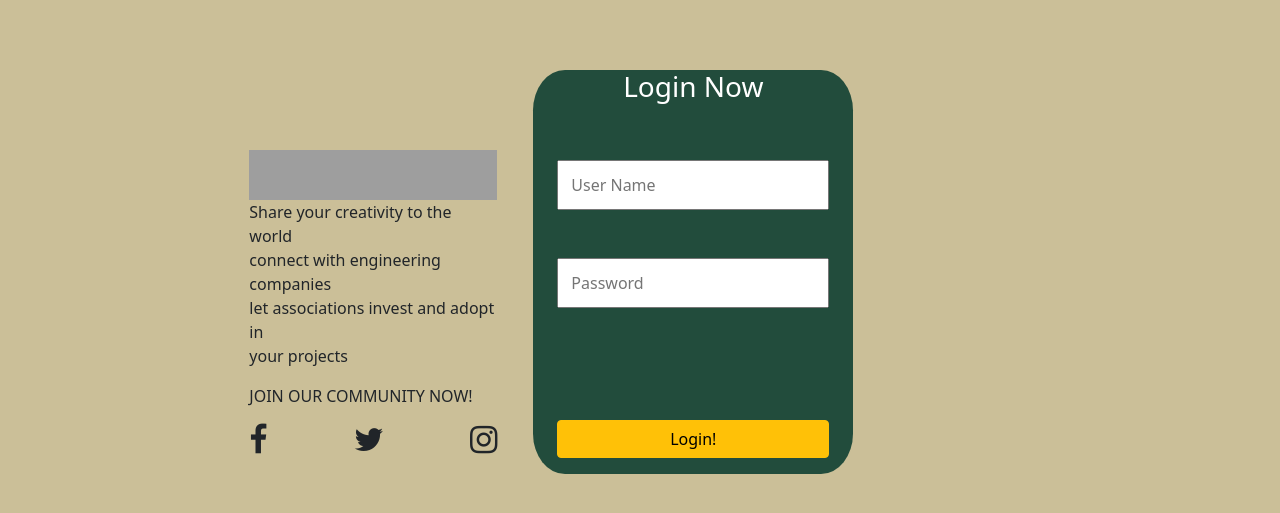
Repository: ahmadjamal-1997/Project-Taqadam
Page: http://localhost/Taqadam/WEB-INF/login.jsp
The author's editor kept a copy of each file at every save. The page is drawn from the files as they stood at one save, then again after the next save.
The browser window is 1280 px wide. The pictures show the whole page.
Pictures or frames that could not be fetched are drawn as grey boxes. The page is served by Tomcat 9. Nobody is signed in. The template is opened directly, without the code that normally fills it, so the values that code supplies are empty.

Above is the page before, as saved 2022-03-31 10:33:11.

After the next save:
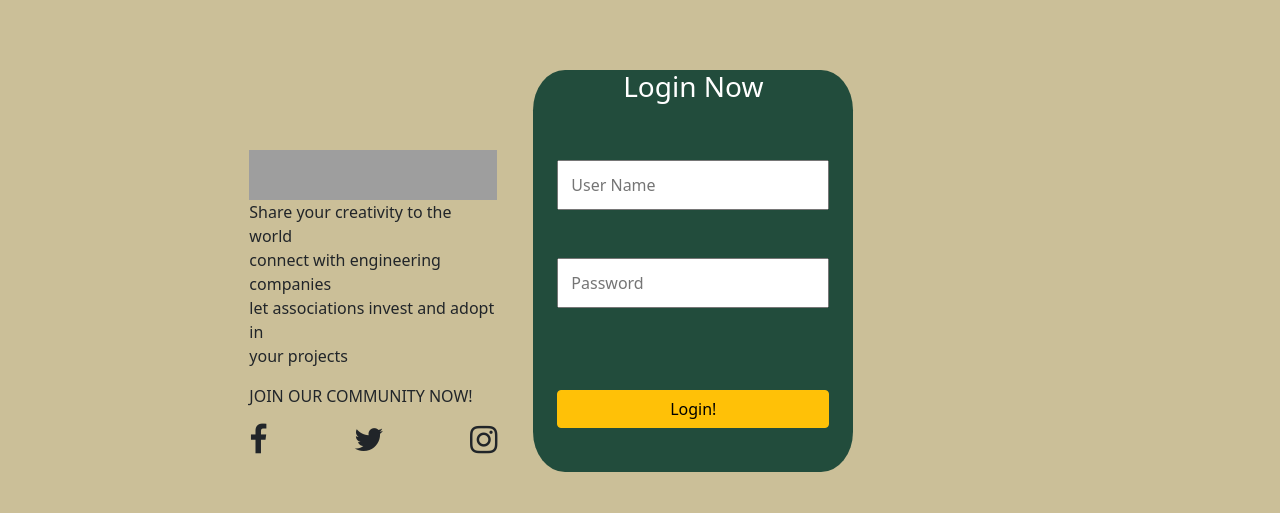
Saved 8 s later.
--- a/Taqadam-new/Taqadam-java/Taqadam-new/Taqadam/src/main/webapp/WEB-INF/login.jsp
+++ b/Taqadam-new/Taqadam-java/Taqadam-new/Taqadam/src/main/webapp/WEB-INF/login.jsp
@@ -61,7 +61,7 @@
             <div class="row mb-3 mt-5" style="height:50px">
             <input type="password" id="password" name="password" placeholder="Password"/>
             </div>
-            <div class="row mb-3" style="height:80px">
+            <div class="row mb-3" style="height:50px">
             </div>
             <div class="row mb-3">
        		 <input type="hidden" name="${_csrf.parameterName}" value="${_csrf.token}"/>
